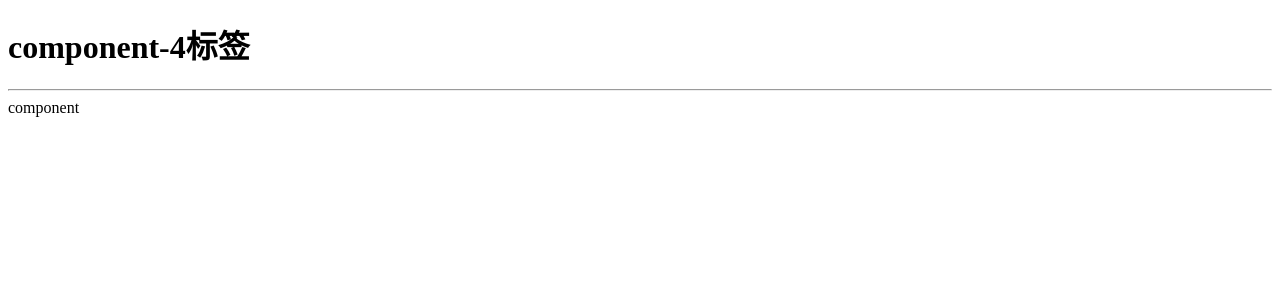
Repository: 13982720426/vue2.0-LearningNotes
Page: example/component-4.html
The author's editor kept a copy of each file at every save. The page is drawn from the files as they stood at one save, then again after the next save.
The browser window is 1280 px wide. The pictures show the whole page.

Above is the page before, as saved 2021-06-24 22:09:37.

After the next save:
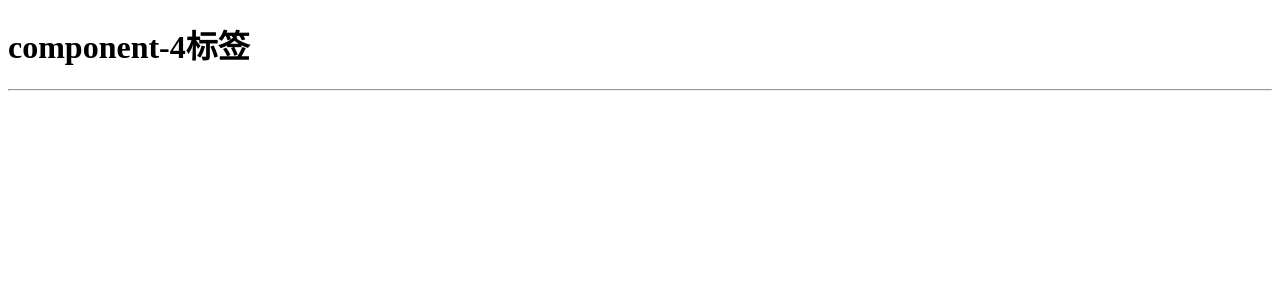
Saved 14 s later.
--- a/example/component-4.html
+++ b/example/component-4.html
@@ -10,7 +10,7 @@
   <body>
     <h1>component-4标签</h1>
     <hr />
-    <div id="app">component</div>
+    <div id="app"><component></component></div>
 
     <script type="text/javascript">
       var componentA = {
